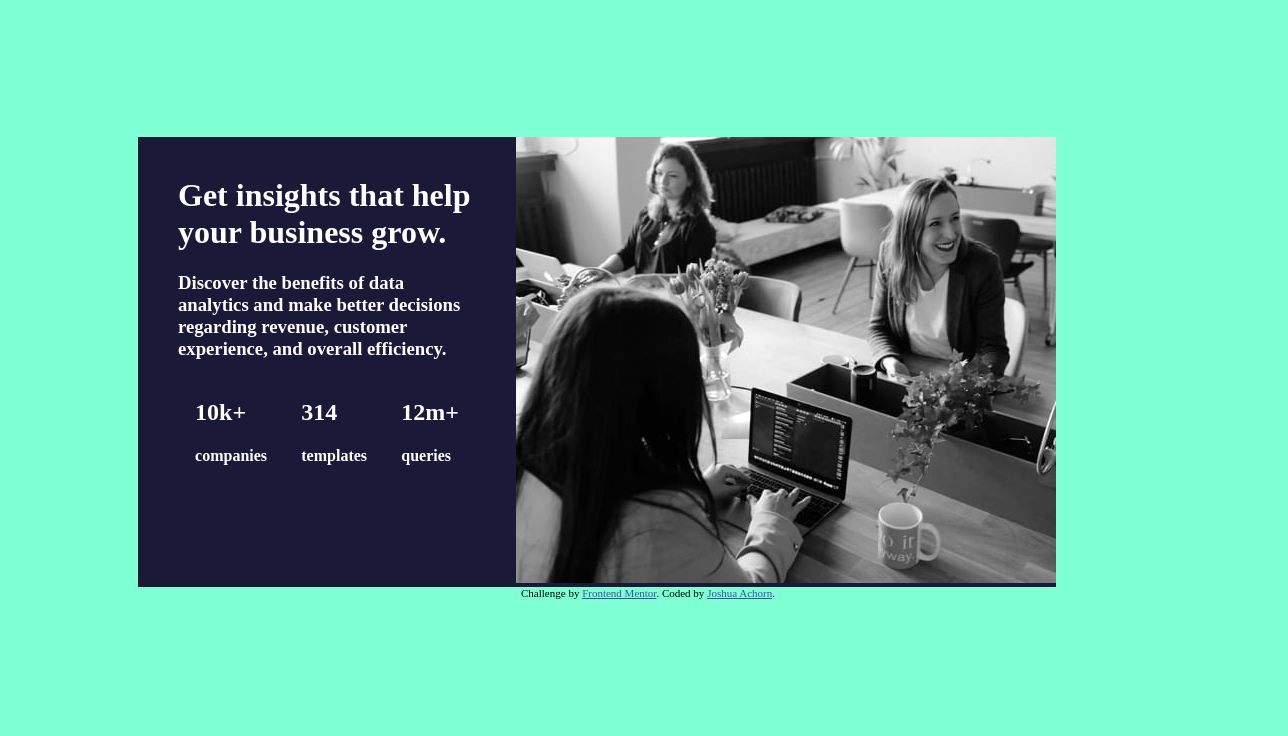
Repository: Achorn/stats-preview-card
Page: index.html
These files come from the project's save history. The page is drawn as it stood at one moment and after the next save; the edit follows.
The browser window is 1280 px wide. The page is 1288 px wide, so the pictures cover 1288 px, including what lies to the right of the window. The pictures show the whole page.

Above is the page before, as saved 2021-06-16 17:16:59.

After the next save:
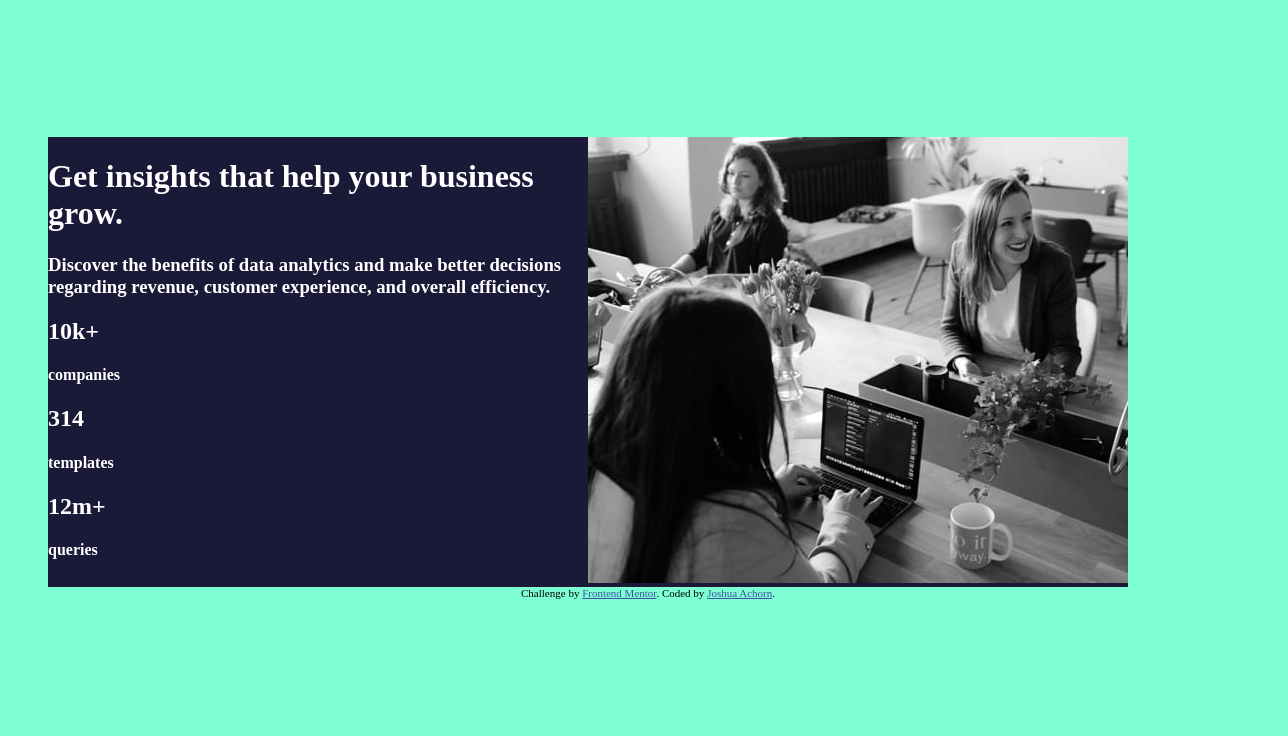
Saved 46 s later.
--- a/styles.css
+++ b/styles.css
@@ -15,22 +15,3 @@ body {
   background-color: hsl(244, 38%, 16%);
   display: flex;
 }
-#img-container {
-  width: auto;
-  max-height: 100%;
-}
-
-#text-container {
-  width: 400px;
-  height: auto;
-  padding: 40px;
-}
-
-#desc-container {
-  display: flex;
-  justify-content: space-around;
-}
-
-#title {
-  margin-top: 0px;
-}
